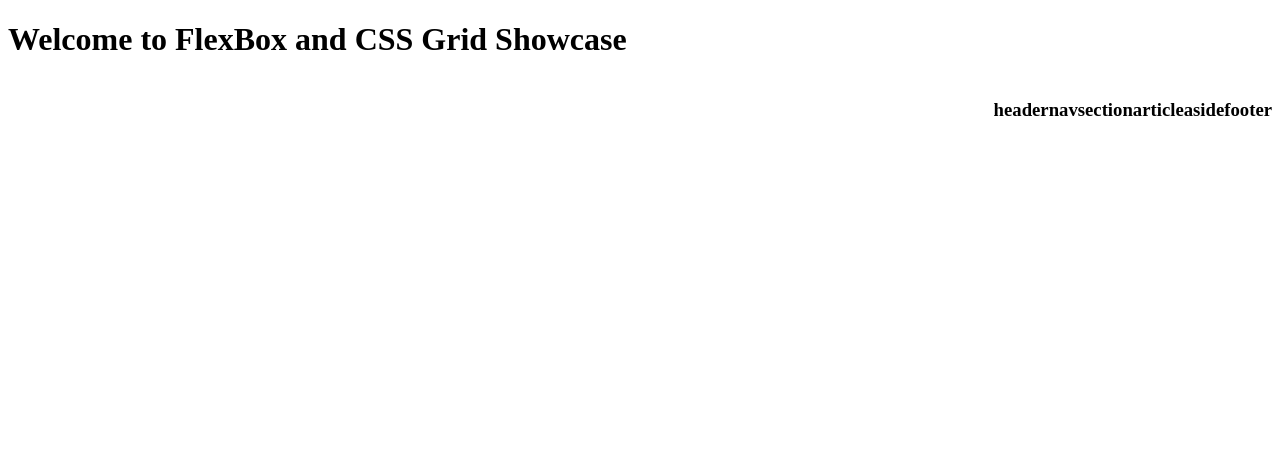
Repository: Awhit-commits/CSS_GRID_AND_FLEXBOX_LESSON
Page: index.html
An editor plug-in stored every save of this project. The page is shown before and after the next save, followed by the edit.
The browser window is 1280 px wide. The pictures show the whole page.

Above is the page before, as saved 2020-12-21 10:15:24.

### index.html
<!DOCTYPE html>
<html lang="en">

<head>
    <meta charset="UTF-8">
    <meta name="viewport" content="width=device-width, initial-scale=1.0">
    <title>Document</title>
    <link rel="stylesheet" href="style.css">
</head>

<body>
    <h1>Welcome to FlexBox and CSS Grid Showcase</h1>
    <div class="containerFlex">
        <div class="header">
            <h3>header</h3>

        </div>
        <div class="nav">
            <h3>nav</h3>
        </div>
        <div class="section">
            <h3>section</h3>
        </div>
        <div class="article">
            <h3>article</h3>
        </div>
        <div class="aside">
            <h3>aside</h3>
        </div>
        <div class="footer">
            <h3>footer</h3>
        </div>
    </div>
    <script src="script.js"></script>
</body>

</html>

### style.css
.containerFlex{
    display: flex;
    flex-flow: row wrap;

    justify-content: flex-end;
}
.containerFlex > *

.header{
    /* justify-content: flex-start; */
    text-align: center;
    flex-grow: 4;
}

.nav{
    text-align: center;
    /* flex-grow: 3; */
}
.section{
    text-align: center;
    /* flex-grow: 0; */
}

### script.js
console.log(`Hello World`);

After the next save:
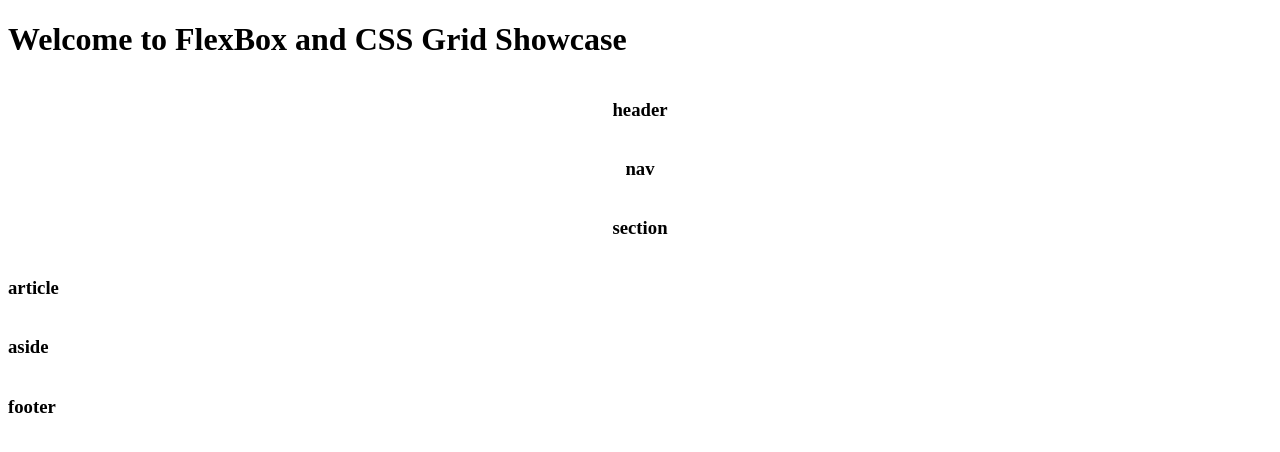
Saved 5 s later.
--- a/style.css
+++ b/style.css
@@ -4,7 +4,9 @@
 
     justify-content: flex-end;
 }
-.containerFlex > *
+.containerFlex > *{
+    flex:1 100%
+}
 
 .header{
     /* justify-content: flex-start; */
